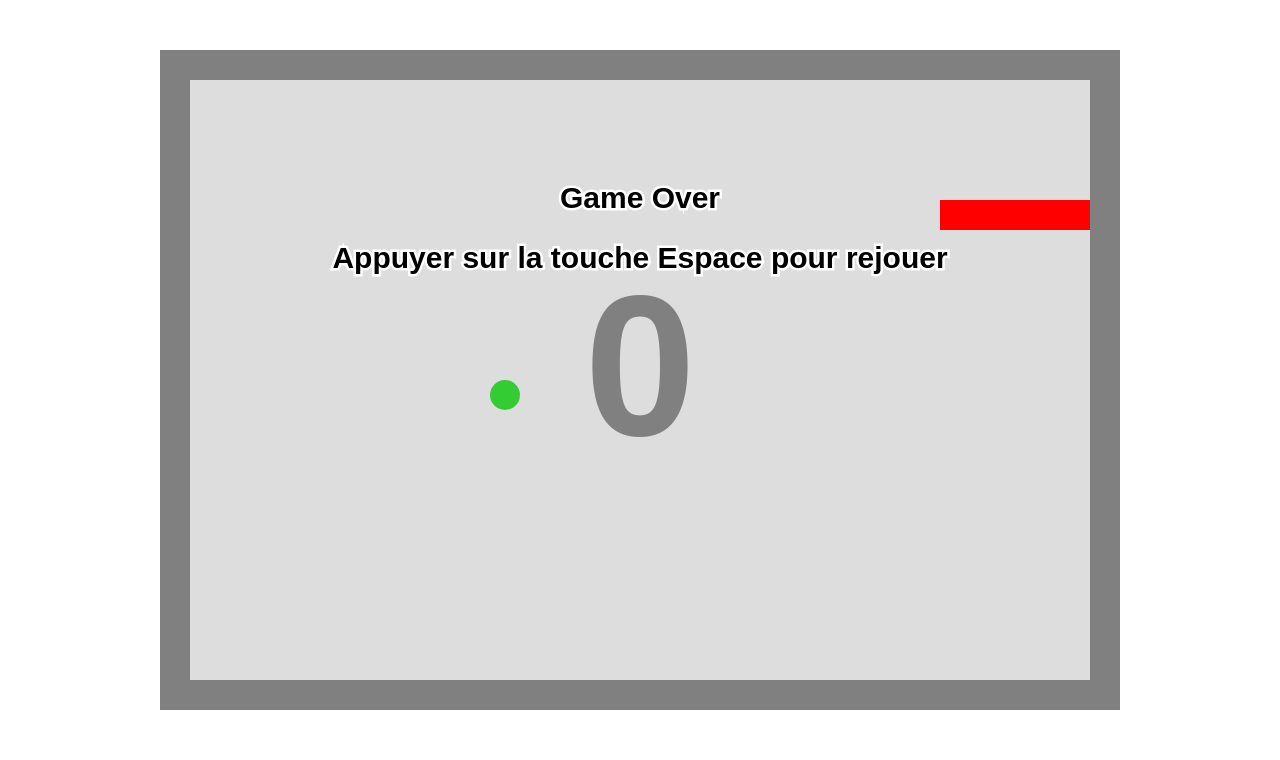
Repository: 0Memo/serpent
Page: index.html
These files come from the project's save history. The page is drawn as it stood at one moment and after the next save; the edit follows.
The browser window is 1280 px wide. The pictures show the whole page.

Above is the page before, as saved 2020-12-16 22:23:00.

### index.html
<!DOCTYPE html>
<html lang="es">
    <head>
        <meta charset="UTF-8">
        <meta name="viewport" content="width=device-width, initial-scale=1.0">
        <title>Juego de la serpiente></title>
    </head>
    <body>

        <script src="js/script.js"></script>
    </body>
</html>

### js/script.js
window.onload = function(){
    var canvasWidth = 900;
    var canvasHeight = 600;
    var blockSize = 30;
    var ctx;
    var delay = 100;
    var snakey;
    var appley;
    var widthInBlocks = canvasWidth / blockSize;
    var heightInBlocks = canvasHeight / blockSize;
    var score;

    init();

    function init(){
        var canvas = document.createElement('canvas');
        canvas.width = canvasWidth;
        canvas.height = canvasHeight;
        canvas.style.border = "30px solid gray";
        canvas.style.margin = "50px auto";
        canvas.style.display = "block";
        canvas.style.backgroundColor = "#ddd";
        document.body.appendChild(canvas);
        ctx = canvas.getContext('2d');
        snakey = new snake([[6,4], [5,4], [4,4], [3,4], [2, 4]], "right");
        appley = new apple([10, 10]);
        score = 0;
        refreshCanvas();

    }

    function refreshCanvas(){
        snakey.advance();
        if(snakey.checkCollision())
        {
            gameOver();
        } else {
            if(snakey.isEatingApple(appley))
            {
                score++;
                snakey.ateApple = true;
                do
                {
                    appley.setNewPosition();
                }
                while(appley.isOnSnake(snakey));
            }
            ctx.clearRect(0, 0, canvasWidth, canvasHeight);
            drawScore();
            snakey.draw();
            appley.draw();
            setTimeout(refreshCanvas,delay);
        }

    }

    function gameOver()
    {
        ctx.save();
        ctx.font = "bold 30px sans-serif";
        ctx.fillStyle = "#000";
        ctx.textAlign = "center";
        ctx.textBaseline = "middle";
        ctx.strokeStyle = "white";
        ctx.lineWidth = 5;
        var centreX = canvasWidth / 2;
        var centreY = canvasHeight / 2;
        ctx.strokeText("Game Over", centreX, centreY - 180);
        ctx.fillText("Game Over", centreX, centreY - 180);
        ctx.strokeText("Appuyer sur la touche Espace pour rejouer", centreX, centreY - 120);
        ctx.fillText("Appuyer sur la touche Espace pour rejouer", centreX, centreY -120);
        ctx.restore();
    }

    function restart()
    {
        snakey = new snake([[6,4], [5,4], [4,4], [3,4], [2, 4]], "right");
        appley = new apple([10, 10]);
        score = 0;
        refreshCanvas();
    }

    function drawScore()
    {
        ctx.save();
        ctx.font = "bold 200px sans-serif";
        ctx.fillStyle = "gray";
        ctx.textAlign = "center";
        ctx.textBaseline = "middle";
        var centreX = canvasWidth / 2;
        var centreY = canvasHeight / 2;
        ctx.fillText(score.toString(), centreX, centreY);
        ctx.restore();
    }

    function drawBlock(ctx, position){
        var x = position[0] * blockSize;
        var y = position[1] * blockSize;
        ctx.fillRect(x, y, blockSize, blockSize);
    }

    function snake(body, direction) {
        this.body = body;
        this.direction = direction;
        this.ateApple = false;
        this.draw = function(){
            ctx.save();
            ctx.fillStyle = "#ff0000";
            for(var i = 0; i < this.body.length; i++){
                drawBlock(ctx, this.body[i]);
            }
            ctx.restore();
        };
        this.advance = function(){
            var nextPosition = this.body[0].slice();
            switch(this.direction){
                case "left":
                    nextPosition[0] -=1;
                    break;
                case "right":
                    nextPosition[0] +=1;
                    break;
                case "down":
                    nextPosition[1] +=1;
                    break;
                case "up":
                    nextPosition[1] -=1;
                    break;
                default:
                    throw("Invalid Direction");
            }
            this.body.unshift(nextPosition);
            if(!this.ateApple)
            {
                this.body.pop();
            } else {
                this.ateApple = false;
            }
        };
        this.setDirection = function(newDirection)
        {
            var allowedDirections;
            switch(this.direction){
                case "left":
                case "right":
                    allowedDirections = ["up", "down"];
                    break;
                case "down":
                case "up":
                    allowedDirections = ["left", "right"];
                    break;
                default:
                    throw("Invalid Direction");
            }
            if(allowedDirections.indexOf(newDirection) > -1){
                this.direction = newDirection;
            };
        };
        this.checkCollision = function()
        {
            var wallCollision = false;
            var snakeCollision = false;
            var head = this.body[0];
            var rest = this.body.slice(1);
            var snakeX = head[0];
            var snakeY = head[1];
            var minX = 0;
            var minY = 0;
            var maxX = widthInBlocks  - 1;
            var maxY = heightInBlocks - 1;
            var isNotBetweenHorizontalWalls = snakeX < minX || snakeX > maxX;
            var isNotBetweenVerticalWalls = snakeY < minY || snakeY > maxY;

            if(isNotBetweenHorizontalWalls || isNotBetweenVerticalWalls)
            {
                wallCollision = true;
            }

            for(var i = 0; i < rest.length; i++){
                if(snakeX === rest[i][0] && snakeY === rest[i][1]){
                    snakeCollision = true;
                }
            }
            return wallCollision || snakeCollision;
        };
        this.isEatingApple = function(appleToEat)
        {
            var head = this.body[0];
            if(head[0] === appleToEat.position[0] && head[1] === appleToEat.position[1])
            {
                return true;
            } else {
                return false;
            }
        };
    }

    function apple(position)
    {
        this.position = position;
        this.draw = function(){
            ctx.save();
            ctx.fillStyle = "#33cc33";
            ctx.beginPath();
            var radius = blockSize / 2;
            var x = this.position[0] * blockSize + radius;
            var y = this.position[1] * blockSize + radius;
            ctx.arc(x,y, radius, 0, Math.PI*2, true);
            ctx.fill();
            ctx.restore();
        };
        this.setNewPosition = function()
        {
            var newX = Math.round(Math.random() * (widthInBlocks - 1));
            var newY = Math.round(Math.random() * (heightInBlocks - 1));
            this.position = [newX, newY];
        };

        this.isOnSnake = function(snakeToCheck)
        {
            var isOnSnake = false;
            for(i = 0; i < snakeToCheck.body.length; i++)
            {
                if(this.position[0] === snakeToCheck.body[i][0] && this.position[1] === snakeToCheck.body[i][1])
                {
                    isOnSnake = true;
                }
            }
            return isOnSnake;
        }
    };

    document.onkeydown = function handleKeyDown(e){
    var key = e.keyCode;
    var newDirection;
    switch(key){
        case 37:
            newDirection = "left";
            break;
        case 38:
            newDirection = "up";
            break;
        case 39:
            newDirection = "right";
            break;
        case 40:
            newDirection = "down";
            break;
        case 32:
            restart();
            return;
        default:
            return;
    };
    snakey.setDirection(newDirection);
};
}

After the next save:
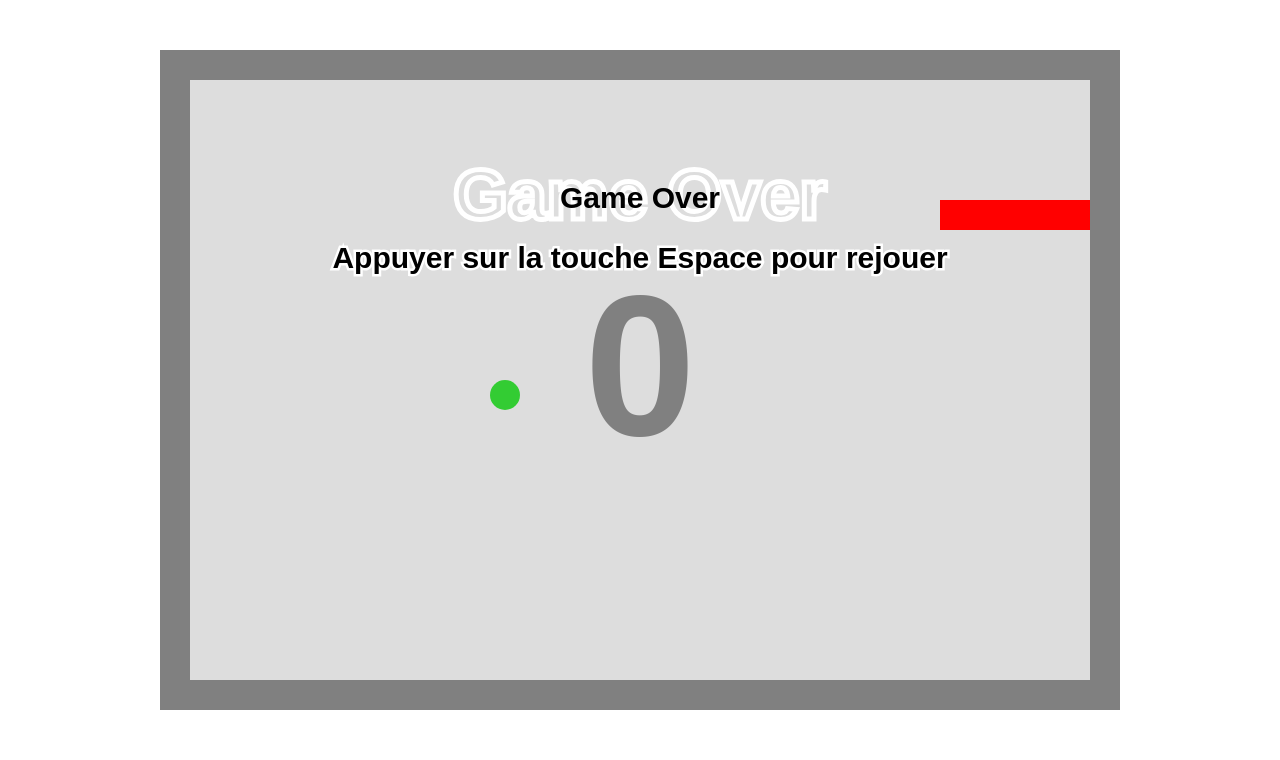
Saved 37 s later.
--- a/js/script.js
+++ b/js/script.js
@@ -57,7 +57,7 @@ window.onload = function(){
     function gameOver()
     {
         ctx.save();
-        ctx.font = "bold 30px sans-serif";
+        ctx.font = "bold 70px sans-serif";
         ctx.fillStyle = "#000";
         ctx.textAlign = "center";
         ctx.textBaseline = "middle";
@@ -66,6 +66,7 @@ window.onload = function(){
         var centreX = canvasWidth / 2;
         var centreY = canvasHeight / 2;
         ctx.strokeText("Game Over", centreX, centreY - 180);
+        ctx.font = "bold 30px sans-serif";
         ctx.fillText("Game Over", centreX, centreY - 180);
         ctx.strokeText("Appuyer sur la touche Espace pour rejouer", centreX, centreY - 120);
         ctx.fillText("Appuyer sur la touche Espace pour rejouer", centreX, centreY -120);
